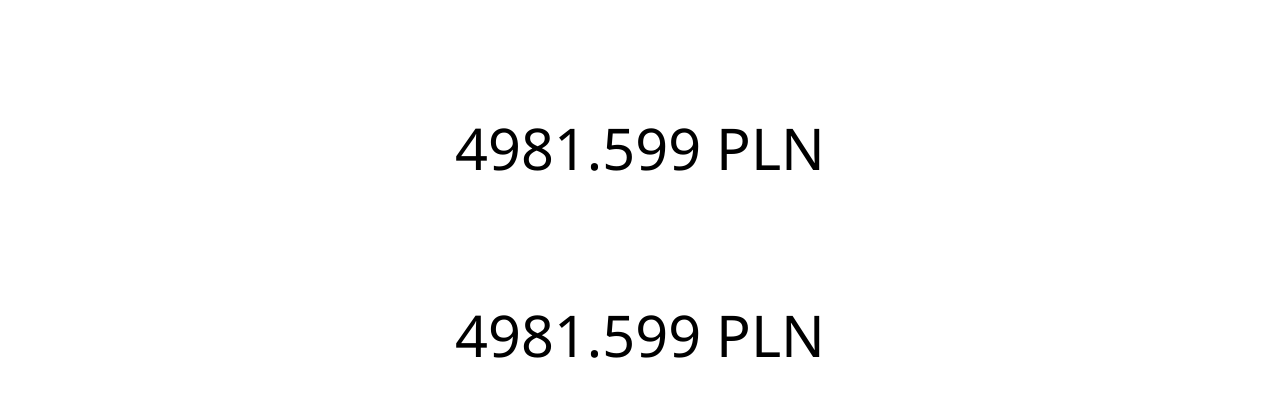
Repository: michalgornicki/bitcoin-virtual
Page: /
The author's editor kept a copy of each file at every save. The page is drawn from the files as they stood at one save, then again after the next save.
The browser window is 1280 px wide. The pictures show the whole page.
The project was rebuilt for these pictures with package versions that can differ from the ones it lists, and the page was loaded fresh each time.

Above is the page before, as saved 2021-12-05 20:33:05.

After the next save:
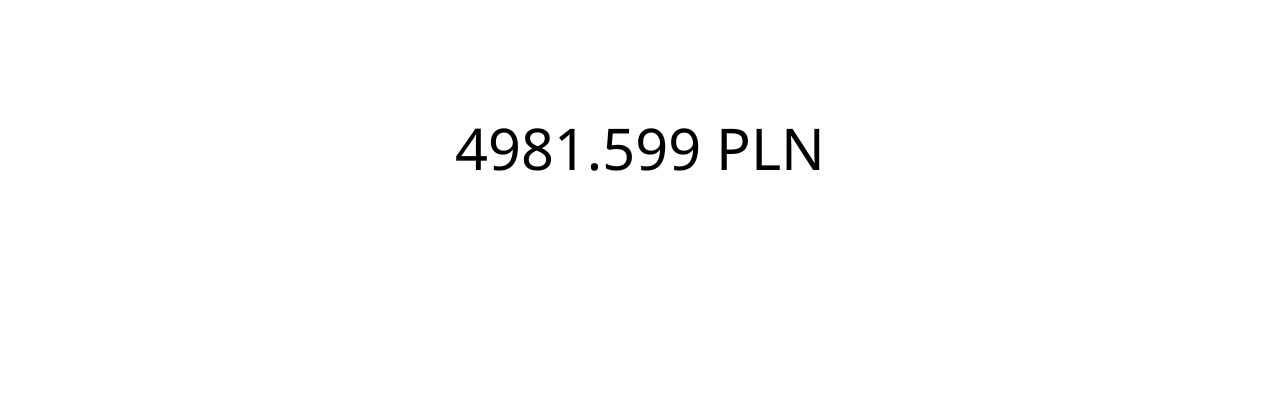
Saved 11 s later.
--- a/src/App.jsx
+++ b/src/App.jsx
@@ -24,7 +24,7 @@ useEffect(() => {
   return (
     <p>
       <div className="price">{bitcoinPrice} PLN</div>
-      <div className="price">{bitcoinPrice} PLN</div>
+      <div className="price"></div>
     </p>
   );
 }
